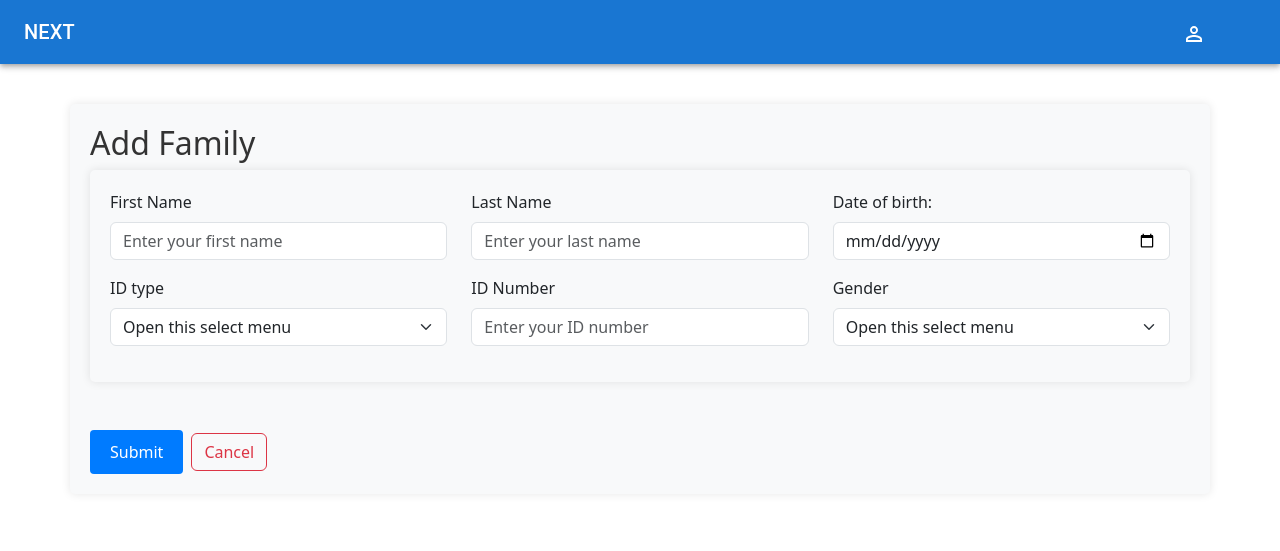
Repository: raghav-pant17/next-frontend
Page: /add-user
These files come from the project's save history. The page is drawn as it stood at one moment and after a run of saves; the edit follows.
The browser window is 1280 px wide. The pictures show the whole page.
The project was rebuilt for these pictures with package versions that can differ from the ones it lists, and the page was loaded fresh each time. Also part of the build but not shown: src/components/Card.js, src/components/plandetails.js, src/pages/grid.js, src/components/Modal.js, src/pages/Home/CarouselDesign.css, src/pages/Home/CarouselDesign.js, src/pages/Home/Home.js, src/components/Cards/SilverPlan.js and 8 more.

Above is the page before, as saved 2023-10-07 18:40:21.

After the next 2 saves:
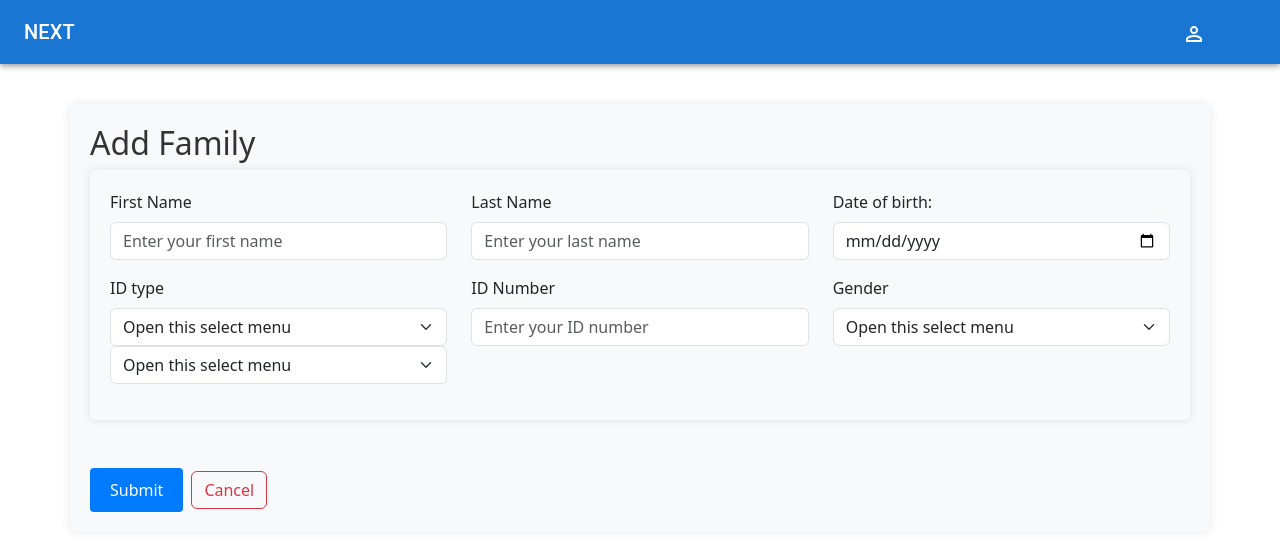
The 2 saves are shown as one change because they came seconds apart.
The last was saved 4 min 42 s later.
--- a/src/pages/AddMembers.js
+++ b/src/pages/AddMembers.js
@@ -104,6 +104,12 @@
                     <option name="id_type" value="Passport Number">Passport Number</option>
 
                   </select>
+                  <select className="form-select" aria-label="Default select example" name="id_type" onChange={(e) => onInputChange(e)} value={user.id_type} required>
+                    <option value="">Open this select menu</option>
+                    <option name="id_type" value="Aadhar Number">Aadhar Number</option>
+                    <option name="id_type" value="PAN Number">PAN Number</option>
+                    <option name="id_type" value="Passport Number">Passport Number</option>
+                  </select>
                 </div>
                 <div className="mb-3 col">
                   <label htmlFor="id number" className="form-label">

After the save that followed:
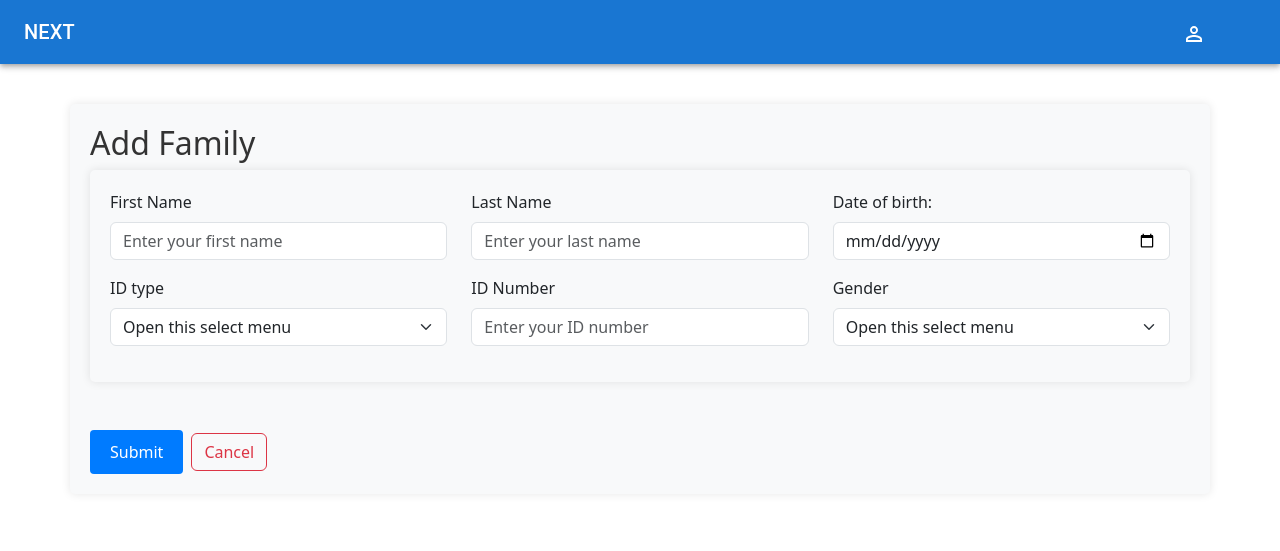
Saved 17 s later.
--- a/src/pages/AddMembers.js
+++ b/src/pages/AddMembers.js
@@ -97,13 +97,6 @@
               <div className="row">
                 <div className="mb-3 col">
                   <label htmlFor="id type" className="form-label">ID type</label>
-                  <select class="form-select" aria-label="Default select example" onChange={(e) => onInputChange(e)} value={user.id_type} required>
-                    <option selected>Open this select menu</option>
-                    <option name="id_type" value="Aadhar Number">Aadhar Number</option>
-                    <option name="id_type" value="PAN Number">PAN Number</option>
-                    <option name="id_type" value="Passport Number">Passport Number</option>
-
-                  </select>
                   <select className="form-select" aria-label="Default select example" name="id_type" onChange={(e) => onInputChange(e)} value={user.id_type} required>
                     <option value="">Open this select menu</option>
                     <option name="id_type" value="Aadhar Number">Aadhar Number</option>
